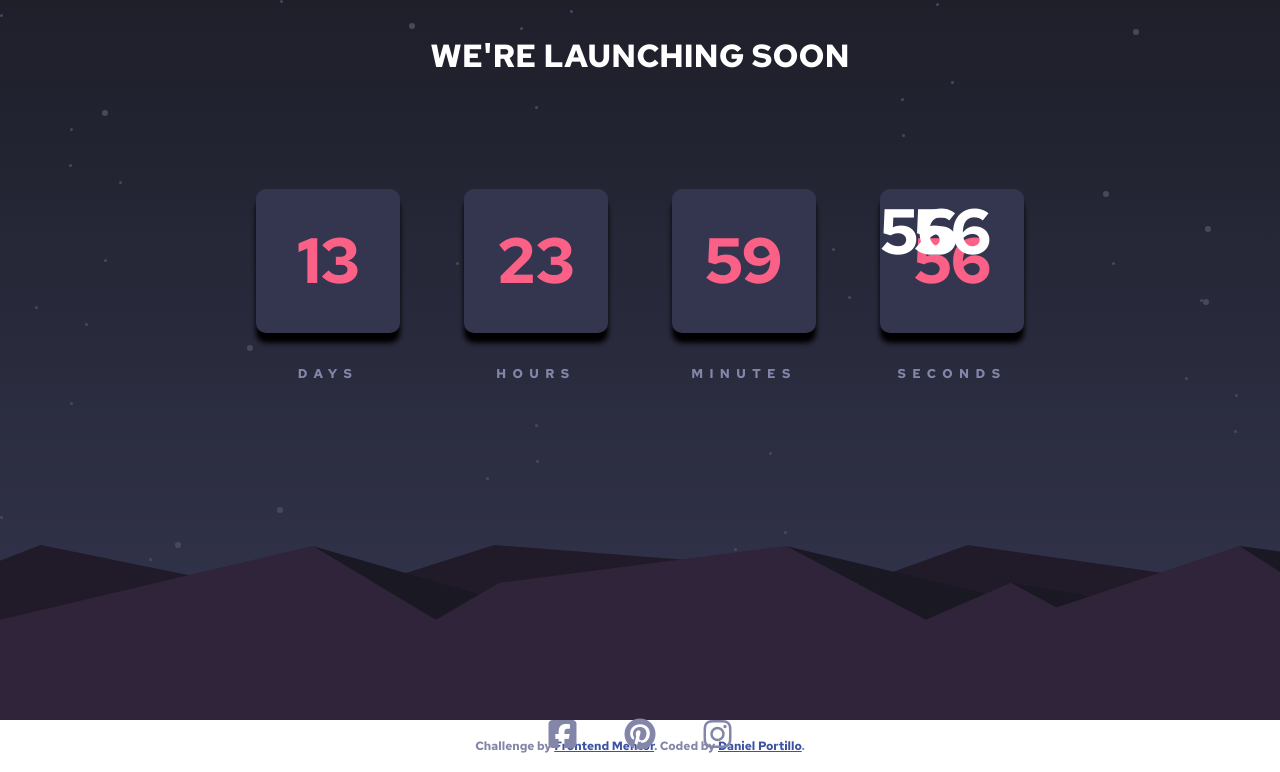
Repository: dportillo23/launch-countdown-timer-main
Page: index.html
The author's editor kept a copy of each file at every save. The page is drawn from the files as they stood at one save, then again after the next save.
The browser window is 1280 px wide. The pictures show the whole page.
Some web libraries are served in a nearby version. The style sheet was rebuilt from its Sass, Less or Tailwind sources for each picture, by a compiler version that may differ from the author's.

Above is the page before, as saved 2021-06-28 18:13:05.

After the next save:
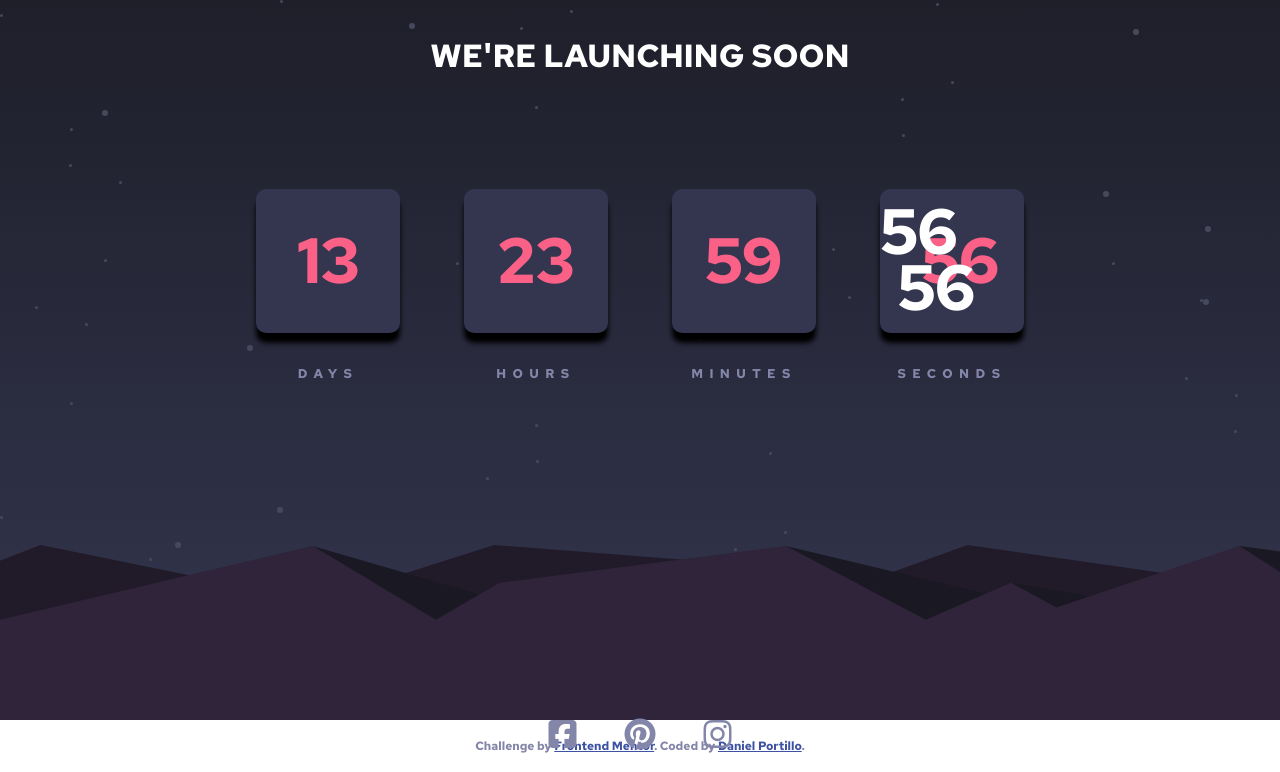
Saved 32 s later.
--- a/style.scss
+++ b/style.scss
@@ -79,11 +79,10 @@ body {
         width: 100%;
         height: 100%;
         color: white;
-        position: absolute;
-        top: 50%;
-        left: 50%;
+        // position: absolute;
+        // top: 50%;
+        // left: 50%;
         transform: translate(-50%, -50%);
-        text-align: center;
     }
 
     &::after {
